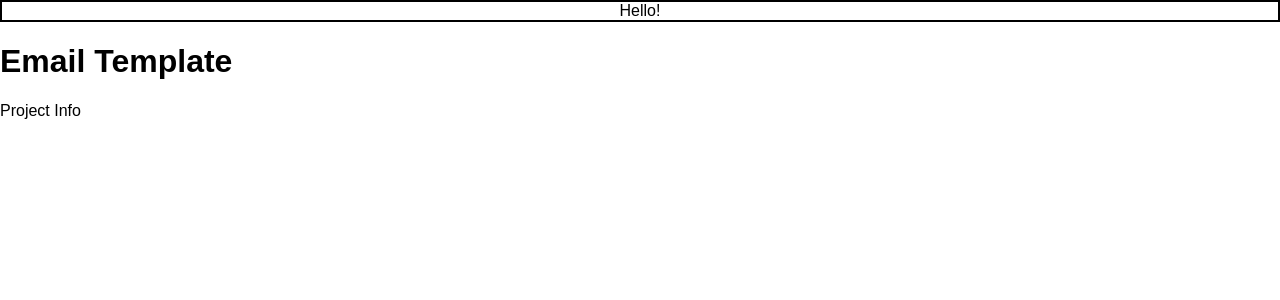
Repository: MikeeBuilds/email-template
Page: index.html
These files come from the project's save history. The page is drawn as it stood at one moment and after a run of saves; the edit follows.
The browser window is 1280 px wide. The pictures show the whole page.

Above is the page before, as saved 2022-11-21 15:39:39.

After the next 2 saves:
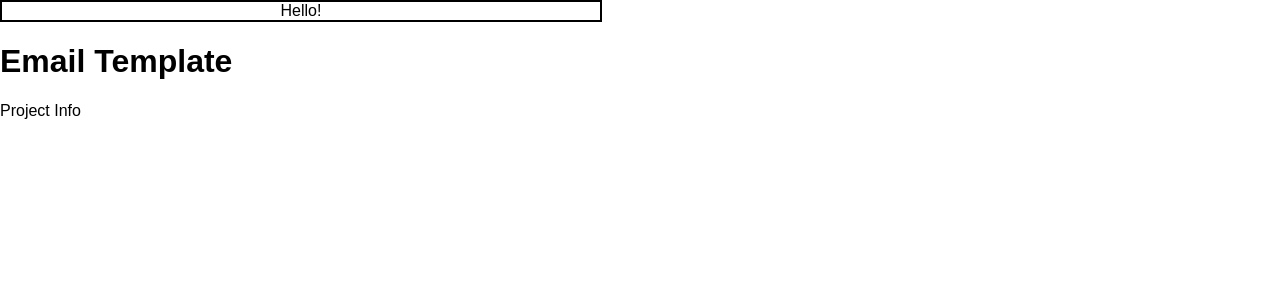
The 2 saves are shown as one change because they came seconds apart.
The last was saved 67 s later.
--- a/index.html
+++ b/index.html
@@ -25,7 +25,7 @@
             }
             </style>
 <body style="margin: 0; padding: 0;">
-    <table role="presentation" style="width: 100%; border-collapse: collapse; border: 0;
+    <table role="presentation" style="width: 602px; border-collapse: collapse; border: 0;
     border-spacing: 0; background: #ffffff;">
         <tr>
             <td align="center" style="padding: 0;">
